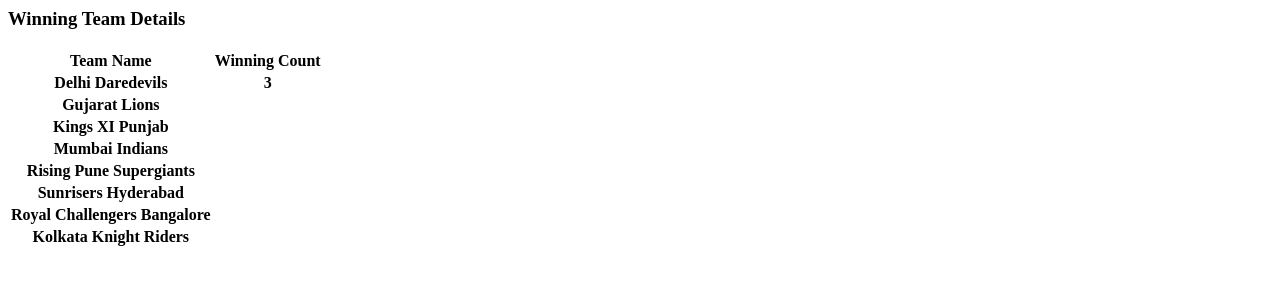
Repository: umng/Learn-to-Program
Page: http://localhost/JSP_Code_Challenge/
An editor plug-in stored every save of this project. The page is shown before and after the next save, followed by the edit.
The browser window is 1280 px wide. The pictures show the whole page.
The page is served by Tomcat 9. Other server files are loaded and not shown.

Above is the page before, as saved 2017-03-02 10:55:34.

### Java/CTS_SFDC/workspace/JSP Code Challenge/WebContent/index.jsp

<html>
<head>
<title>Winning Team Details</title>
</head>
<body>
	<h3>Winning Team Details</h3>
	<table id="teams">
		<tr>
			<th>Team Name</th>
			<th>Winning Count</th>
		</tr>
		<tr>
			<th>Delhi Daredevils</th>
			<th>3</th>
		</tr>
		<tr>
			<th>Gujarat Lions</th>
			<th></th>
		</tr>
		<tr>
			<th>Kings XI Punjab</th>
			<th></th>
		</tr>
		<tr>
			<th>Mumbai Indians</th>
			<th></th>
		</tr>
		<tr>
			<th>Rising Pune Supergiants</th>
			<th></th>
		</tr>
		<tr>
			<th>Sunrisers Hyderabad</th>
			<th></th>
		</tr>
		<tr>
			<th>Royal Challengers Bangalore</th>
			<th></th>
		</tr>
		<tr>
			<th>Kolkata Knight Riders</th>
			<th></th>
		</tr>
	</table>
</body>
</html>

After the next save:
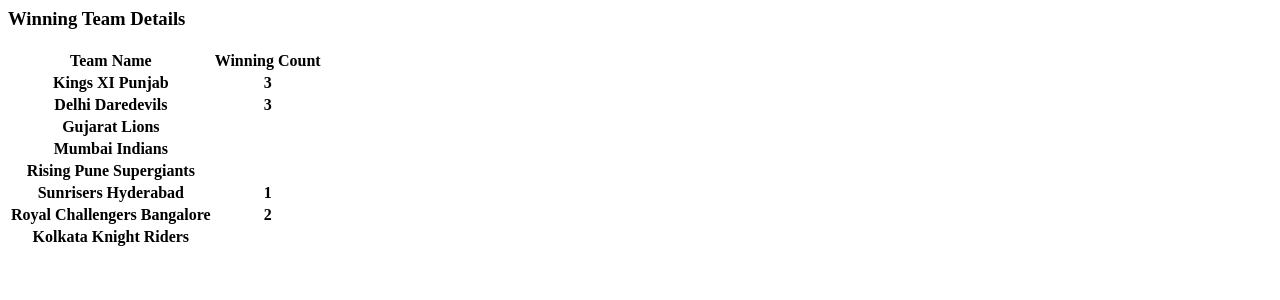
Saved 47 s later.
--- a/Java/CTS_SFDC/workspace/JSP Code Challenge/WebContent/index.jsp
+++ b/Java/CTS_SFDC/workspace/JSP Code Challenge/WebContent/index.jsp
@@ -11,15 +11,15 @@
 			<th>Winning Count</th>
 		</tr>
 		<tr>
+			<th>Kings XI Punjab</th>
+			<th>3</th>
+		</tr>
+		<tr>
 			<th>Delhi Daredevils</th>
 			<th>3</th>
 		</tr>
 		<tr>
 			<th>Gujarat Lions</th>
-			<th></th>
-		</tr>
-		<tr>
-			<th>Kings XI Punjab</th>
 			<th></th>
 		</tr>
 		<tr>
@@ -32,11 +32,11 @@
 		</tr>
 		<tr>
 			<th>Sunrisers Hyderabad</th>
-			<th></th>
+			<th>1</th>
 		</tr>
 		<tr>
 			<th>Royal Challengers Bangalore</th>
-			<th></th>
+			<th>2</th>
 		</tr>
 		<tr>
 			<th>Kolkata Knight Riders</th>
